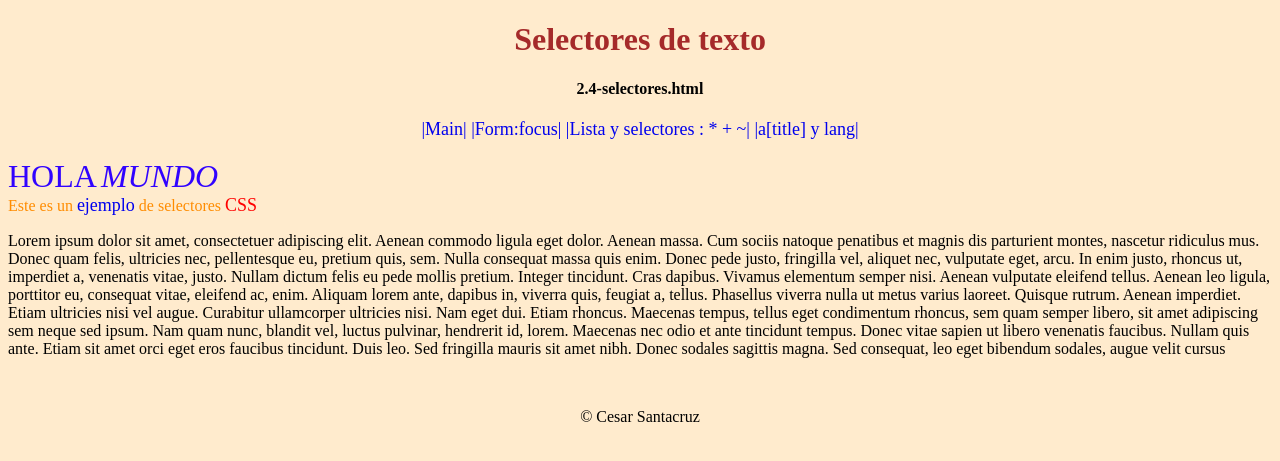
Repository: cesarsant0203/My_Study
Page: Introducción al desarrollo web/2-Css/2.4-selectores_css.html
These files come from the project's save history. The page is drawn as it stood at one moment and after the next save; the edit follows.
The browser window is 1280 px wide. The pictures show the whole page.

Above is the page before, as saved 2020-04-28 19:53:40.

### Introducción al desarrollo web/2-Css/2.4-selectores_css.html
<!DOCTYPE html>
<html lang="es">

<head>
    <meta charset="utf-8" />
    <title> Selectores CSS </title>
    <link href="2.4-selectores_css.css" rel="stylesheet" />
</head>

<body>
    <h1 id="titulo">Selectores de texto</h1>
    <h4>2.4-selectores.html</h4>
    <section id="mySection" class="box">
        <nav>
            <a href="2.4-selectores_css.html">|Main|</a>
            <a href="2.4.2-selectores_css.html">|Form:focus|</a>
            <a href="2.4.3-selectores_css.html">|Lista y selectores : * + ~|</a>
            <a href="2.4.4-selectores_css.html">|a[title] y lang|</a>
        </nav>
    </section>
    <br/>
    <div id="holaMundo" class="box">
        <span>HOLA</span>
        <span id="mundo">MUNDO</span>
    </div>
    <span id="mySpan">Este es un <a href="#" class="bold">ejemplo</a> de selectores</span>
    <span class="bold red">CSS</span> <p>Lorem ipsum dolor sit amet, consectetuer adipiscing elit. Aenean commodo ligula
    eget dolor. Aenean massa. Cum sociis natoque penatibus et magnis dis parturient montes, nascetur ridiculus mus.
    Donec quam felis, ultricies nec, pellentesque eu, pretium quis, sem. Nulla consequat massa quis enim. Donec pede
    justo, fringilla vel, aliquet nec, vulputate eget, arcu. In enim justo, rhoncus ut, imperdiet a, venenatis vitae,
    justo. Nullam dictum felis eu pede mollis pretium. Integer tincidunt. Cras dapibus. Vivamus elementum semper nisi.
    Aenean vulputate eleifend tellus. Aenean leo ligula, porttitor eu, consequat vitae, eleifend ac, enim. Aliquam lorem
    ante, dapibus in, viverra quis, feugiat a, tellus. Phasellus viverra nulla ut metus varius laoreet. Quisque rutrum.
    Aenean imperdiet. Etiam ultricies nisi vel augue. Curabitur ullamcorper ultricies nisi. Nam eget dui. Etiam rhoncus.
    Maecenas tempus, tellus eget condimentum rhoncus, sem quam semper libero, sit amet adipiscing sem neque sed ipsum.
    Nam quam nunc, blandit vel, luctus pulvinar, hendrerit id, lorem. Maecenas nec odio et ante tincidunt tempus. Donec
    vitae sapien ut libero venenatis faucibus. Nullam quis ante. Etiam sit amet orci eget eros faucibus tincidunt. Duis
    leo. Sed fringilla mauris sit amet nibh. Donec sodales sagittis magna. Sed consequat, leo eget bibendum sodales,
    augue velit cursus
    </p>

    <footer>
        &copy Cesar Santacruz
    </footer>
</body>


</html>

### Introducción al desarrollo web/2-Css/2.4-selectores_css.css
/*tipo*/
*{
    background-color: blanchedalmond;
}
h1 {
    color: brown;
}

/*-----------------------*/

/*.clase*/
.box {
    background-color: none;
    color: aqua;
}

.bold {
    font-size: large;
}

.red {
    color: red;
}

/*-----------------------*/

/*#identificador*/
#holaMundo {
    color: rgb(49, 3, 255);
}

span#mySpan {
    color: darkorange;
}

/*-----------------------*/
div span {
    font-size: xx-large;
}

/*-----------------------*/

/* selector universal (*)*/
* {
    margin: 0, 2cm;
    padding: 0%;
}

/*-----------------------*/

/*dos puntos:*/
a:link {
    text-decoration: none;
}

a:visited {
    text-decoration: none;
}

a:hover {
    text-decoration: none;
    color: deeppink;
}

a:active {
    text-decoration: none;
    color: deeppink;
}
/*-----------------------*/
h1, h4, section {
    text-align: center;
}
section#mySection{
    font-size: large;
}
span#mundo {
    font-style: italic;
}
footer {
    position: relative;
    margin-top: 50px;
    text-align: center;
    height: 30px;
}
span#text {
    text-align: justify;
}

After the next save:
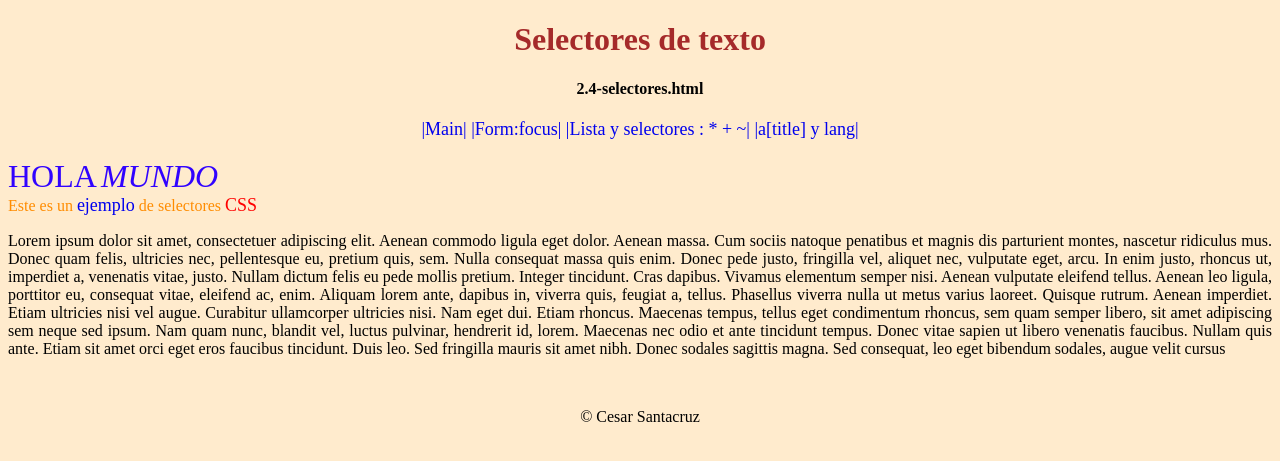
Saved 16 s later.
--- a/Introducción al desarrollo web/2-Css/2.4-selectores_css.css
+++ b/Introducción al desarrollo web/2-Css/2.4-selectores_css.css
@@ -82,6 +82,6 @@ footer {
     text-align: center;
     height: 30px;
 }
-span#text {
+p {
     text-align: justify;
 }
